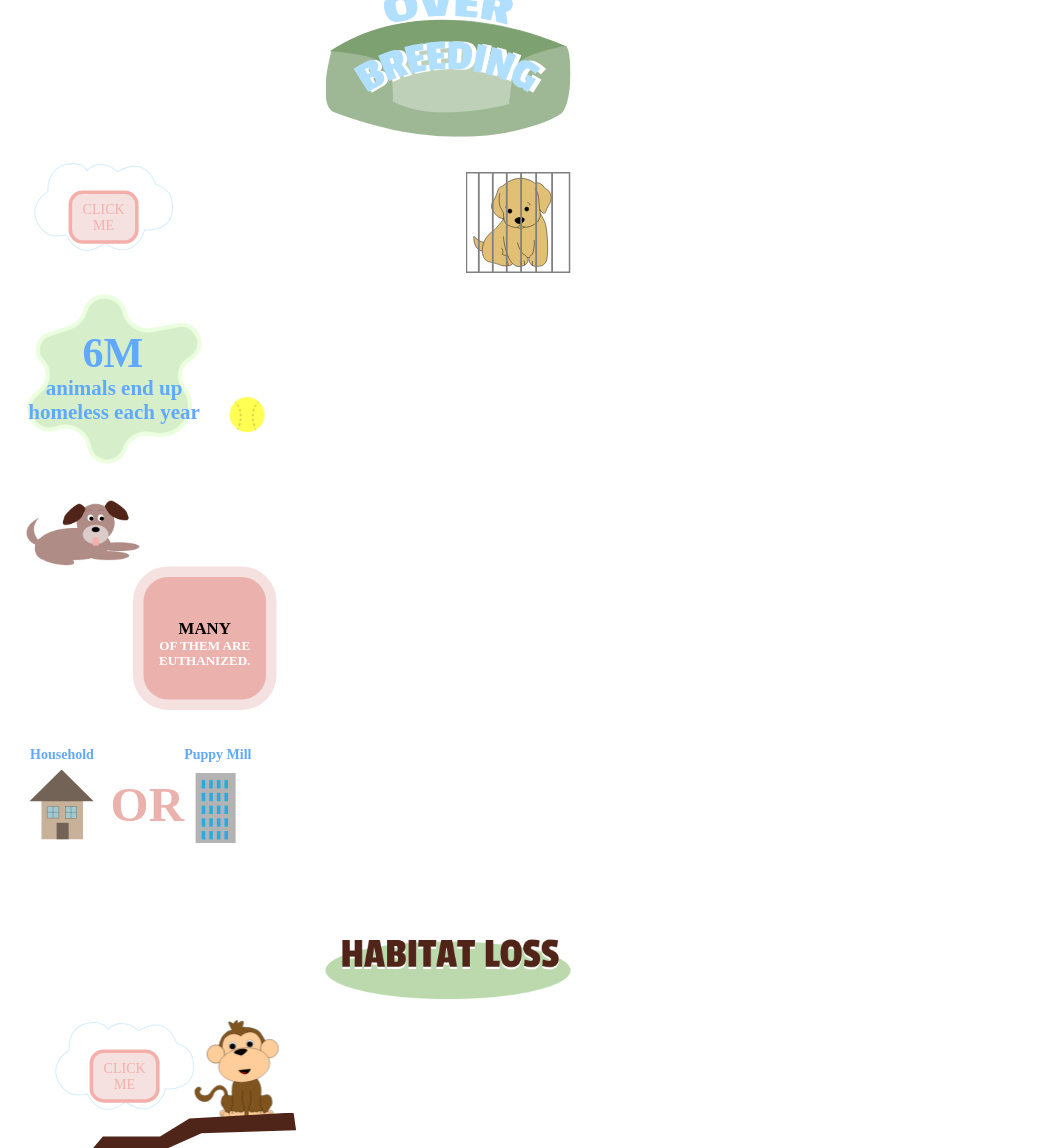
Repository: SoleilDagneau/MDIA2109Midterm
Page: index.html
An editor plug-in stored every save of this project. The page is shown before and after the next save, followed by the edit.
The browser window is 1280 px wide. The page is 1492 px wide, so the pictures cover 1492 px, including what lies to the right of the window. The pictures show the part of the page from y = 956 to 2596 px (the page is 4546 px tall), at 70% of full size.
Some web fonts or font styles are not loaded; a fallback is used.

Above is the page before, as saved 2022-03-05 11:54:26.
Console error: TypeError: Cannot set properties of null (setting 'innerText')

After the next save:
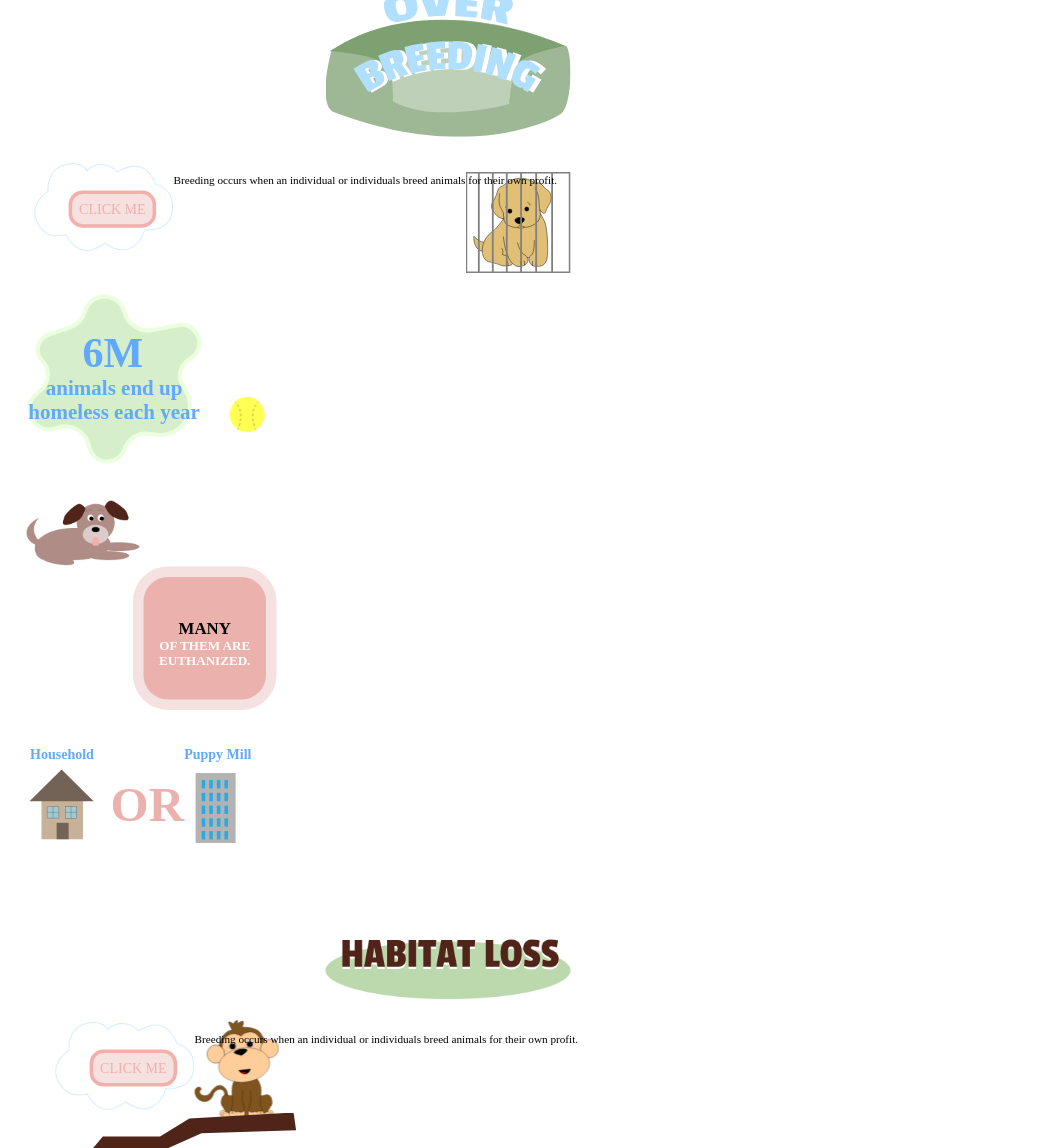
Saved 47 h 7 min later.
--- a/utils/clickbubble.js
+++ b/utils/clickbubble.js
@@ -29,6 +29,7 @@ template_clickbubble.innerHTML = `
 </style>
 <div id="click_bubble">
     <img src="imgs/cloud.svg" alt="cloud svg"/>
+        <p class="cloud_text">Breeding occurs when an individual or individuals breed animals for their own profit.</p>
         <button id="desc_text">
             CLICK ME
         </button>
@@ -54,8 +55,8 @@ class TheClickBubble extends HTMLElement {
         this.shadowRoot.querySelector("#desc_text").onclick = () => {
             this.buttonDisappear();
             document.querySelector(".dogtextspeech").buttonAppear(this.getAttribute("desc_text"));
-            document.querySelector(".monkeyspeechbubble").buttonAppear(this.getAttribute("desc_text"));
-            document.querySelector(".mousespeechbub").buttonAppear(this.getAttribute("desc_text"));
+            //document.querySelector(".monkeyspeechbubble").buttonAppear(this.getAttribute("desc_text"));
+            //document.querySelector(".mousespeechbub").buttonAppear(this.getAttribute("desc_text"));
         }
 
 
